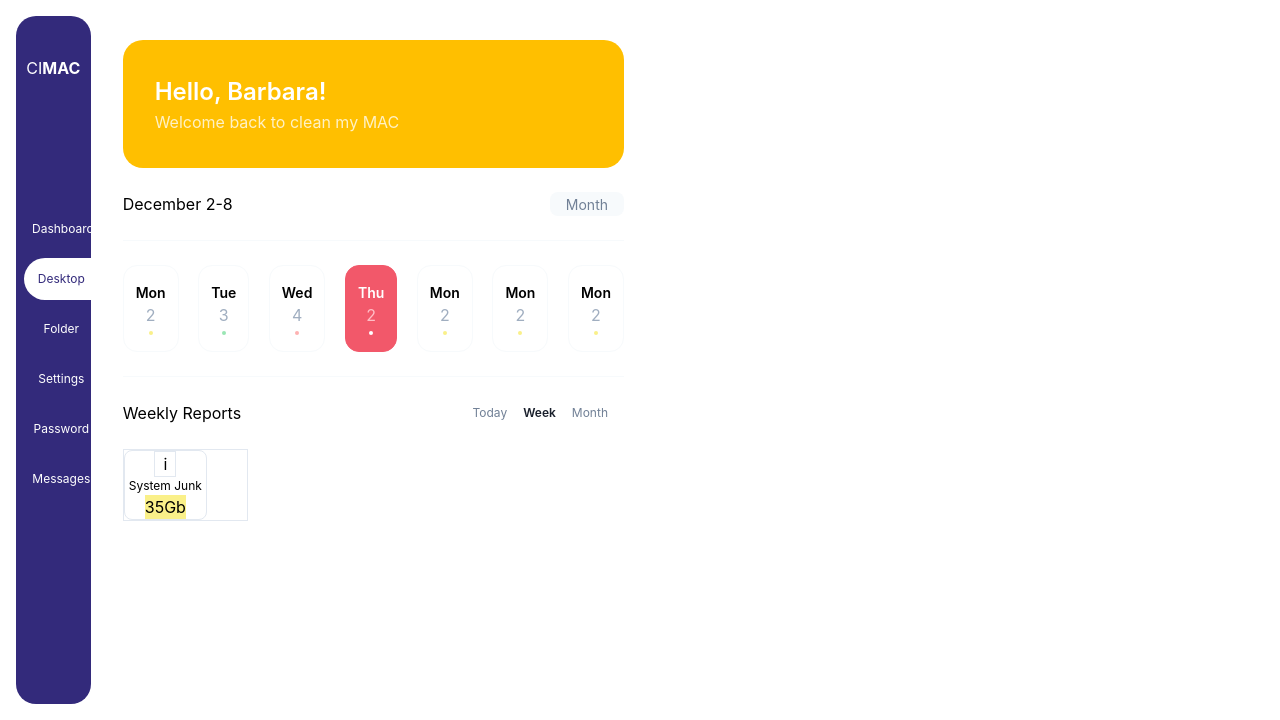
Repository: charleyvibez/experiment-Utility-software-UI
Page: index.html
An editor plug-in stored every save of this project. The page is shown before and after a run of saves, followed by the edit.
The browser window is 1280 px wide. The pictures show the whole page.

Above is the page before, as saved 2020-03-18 00:46:19.

After the next 2 saves:
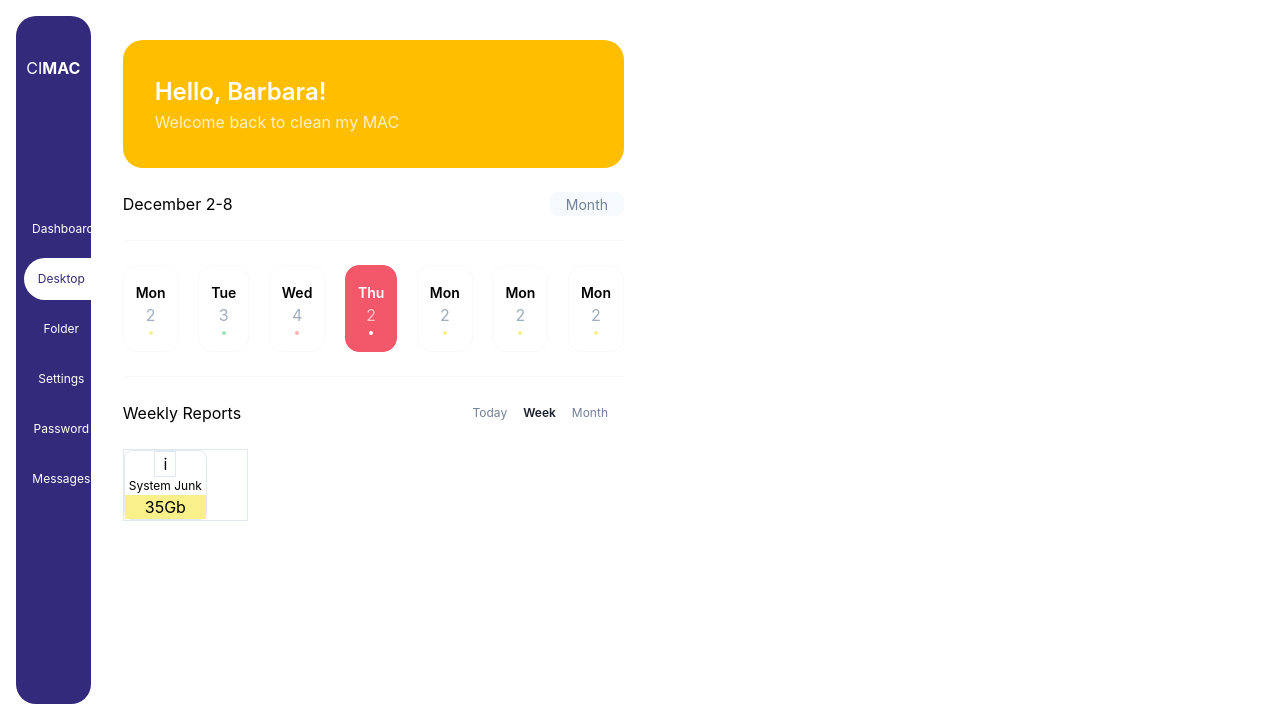
The 2 saves are shown as one change because they came seconds apart.
The last was saved 5 s later.
--- a/index.html
+++ b/index.html
@@ -102,7 +102,7 @@
               i
             </span>
             <h6 class="text-xs">System Junk</h6>
-            <span class="inline-block bg-yellow-300 px">35Gb</span>
+            <span class="inline-block bg-yellow-300 px-5">35Gb</span>
            </div>
           </div>
         </div>
